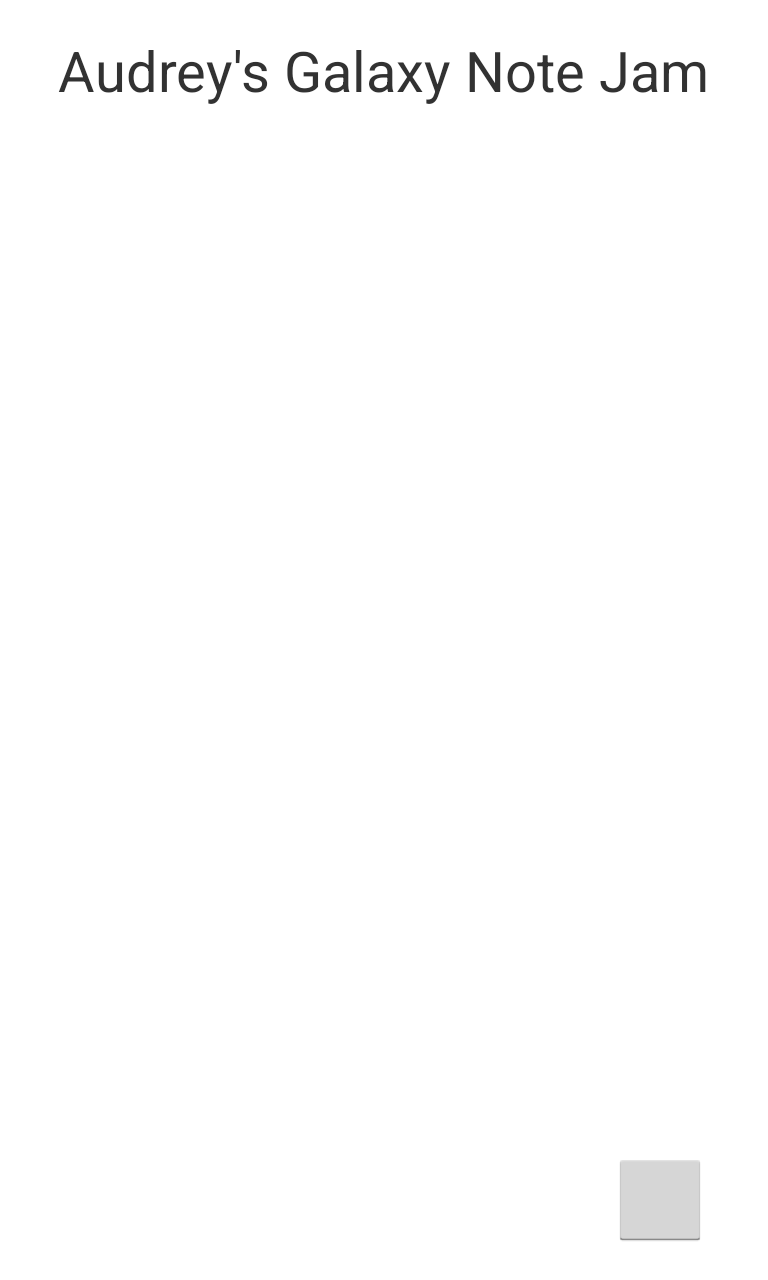
Repository: JayThomason/Tutti
Layout: tuttiUI/tuttiUI/res/layout/activity_view_jam.xml
These files come from the project's save history. The layout is drawn as it stood at one moment and after the next save; the edit follows.
It is drawn on a 768 x 1280 px phone screen (xhdpi) without system bars, with theme AppTheme; the app's code is not run. Lists and similar views that code fills are empty.

Above is the layout before, as saved 2014-03-09 08:22:34.

### tuttiUI/tuttiUI/res/layout/activity_view_jam.xml
<RelativeLayout xmlns:android="http://schemas.android.com/apk/res/android"
    xmlns:tools="http://schemas.android.com/tools"
    android:layout_width="match_parent"
    android:layout_height="match_parent"
    android:paddingBottom="@dimen/activity_vertical_margin"
    android:paddingLeft="@dimen/activity_horizontal_margin"
    android:paddingRight="@dimen/activity_horizontal_margin"
    android:paddingTop="@dimen/activity_vertical_margin"
    tools:context=".ViewJamActivity" >

    <TextView
        android:id="@+id/textView3"
        android:layout_width="wrap_content"
        android:layout_height="wrap_content"
        android:layout_centerHorizontal="true"
        android:text="@string/audrey_jam"
        android:textSize="28sp" />

    <ListView
        android:id="@+id/listView3"
        android:layout_width="match_parent"
        android:layout_height="wrap_content"
        android:layout_below="@+id/textView3"
        android:layout_centerHorizontal="true" >

    </ListView>

    <Button
        android:id="@+id/secretButton"
        style="?android:attr/buttonStyleSmall"
        android:layout_width="wrap_content"
        android:layout_height="wrap_content"
        android:layout_alignParentBottom="true"
        android:layout_alignRight="@+id/listView3"
        android:layout_marginRight="14dp"
        android:text=""
        android:onClick="popupJoinRequest"/>

</RelativeLayout>

### tuttiUI/tuttiUI/res/values/strings.xml
<?xml version="1.0" encoding="utf-8"?>
<resources>

    <string name="app_name">tuttiUI</string>
    <string name="action_settings">Settings</string>
    <string name="hello_world">Hello world!</string>
    <string name="tuttilogo">Tutti Logo</string>
    <string name="new_jam">New Jam</string>
    <string name="join_jam">Join Jam</string>
    <string name="settings">Settings</string>
    <string name="help">Help</string>
    <string name="tutti_logo">Tutti Logo</string>
    <string name="title_activity_new_jam">NewJamActivity</string>
    <string name="title_activity_join_jam">JoinJamActivity</string>
    <string name="nearby_jams">Nearby Jams</string>
    <string name="add_to_jam">Add Songs to Jam</string>
    <string name="title_activity_view_jam">ViewJamActivity</string>
    <string name="audrey_jam">Audrey\'s Galaxy Note Jam</string>

</resources>

Loaded but not shown: tuttiUI/tuttiUI/res/values/styles.xml (common file); tuttiUI/tuttiUI/res/values-v11/styles.xml (common file); tuttiUI/tuttiUI/res/values-v14/styles.xml (common file); tuttiUI/tuttiUI/res/values/dimens.xml (common file)

After the next save:
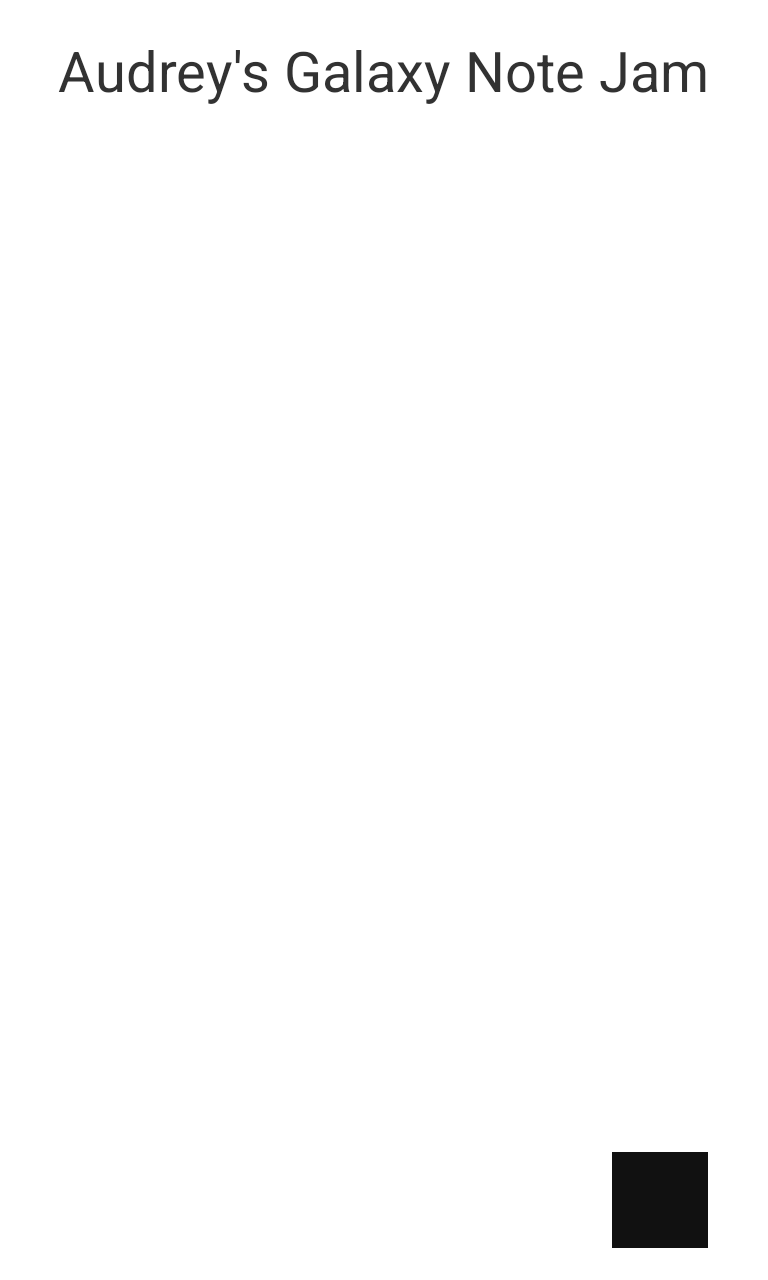
Saved 54 s later.
--- a/tuttiUI/tuttiUI/res/layout/activity_view_jam.xml
+++ b/tuttiUI/tuttiUI/res/layout/activity_view_jam.xml
@@ -34,6 +34,7 @@
         android:layout_alignRight="@+id/listView3"
         android:layout_marginRight="14dp"
         android:text=""
+        android:background="#111111"
         android:onClick="popupJoinRequest"/>
 
 </RelativeLayout>
